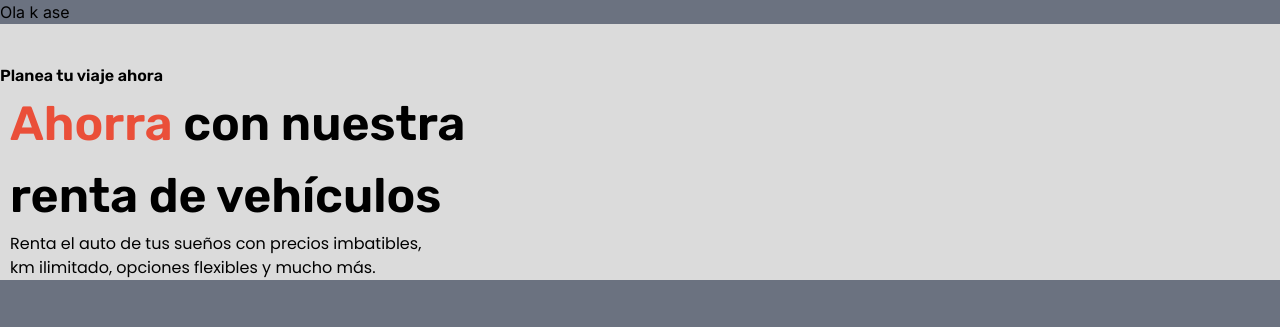
Repository: aldovelacasas/PF_RentCar2
Page: /homePage
The author's editor kept a copy of each file at every save. The page is drawn from the files as they stood at one save, then again after the next save.
The browser window is 1280 px wide. The pictures show the whole page.
The project was rebuilt for these pictures with package versions that can differ from the ones it lists, and the page was loaded fresh each time. The framework's server and built-in components were replaced by stand-ins that run in the browser. Also part of the build but not shown: next.config.js.

Above is the page before, as saved 2023-08-29 19:03:49.

### src/app/layout.jsx
import "./globals.css";
import { Inter } from "next/font/google";

const inter = Inter({ subsets: ["latin"] });

export const metadata = {
  title: "Create Next App",
  description: "Generated by create next app",
};

export default function RootLayout({ children }) {
  return (
    <html lang="en">
      <body className={inter.className}>
        <h1>Ola k ase</h1>
        <div className="h-[calc(100vh-5rem)]">{children}</div>
      </body>
    </html>
  );
}

### src/app/homePage/page.jsx
import { Rubik, Poppins } from "next/font/google";

const fontRubik = Rubik({
  weight: "600",
  subsets: ["latin"],
});

const fontPoppins = Poppins({
  weight: "400",
  subsets: ["latin"],
});
const poppins = fontPoppins.className;
const rubik = fontRubik.className;

function HomePage() {
  return (
    <div className={`bg-gris_fondo ${rubik} space-y-0 space-x-2.5`}>
      <p className={`${rubik} pt-10 space-x-2.5`}>Planea tu viaje ahora</p>
      <p className="text-[3em] mb-0 pb-0">
        <span className="text-naranja_enf mb-0 pb-0">Ahorra </span>
        con nuestra
      </p>
      <p className="text-[3em] mt-0 pt-0">renta de vehículos</p>
      <div>
        <p className={`${poppins}`}>
          Renta el auto de tus sueños con precios imbatibles,
        </p>
        <p className={`${poppins}`}>
          km ilimitado, opciones flexibles y mucho más.
        </p>
      </div>
    </div>
  );
}

export default HomePage;

### src/app/globals.css
@tailwind base;
@tailwind components;
@tailwind utilities;

body {
   @apply bg-gray-500; /* Fondo más claro */
   color: gray-800; /* Texto oscuro */
}

### tailwind.config.js
/** @type {import('tailwindcss').Config} */
module.exports = {
  content: [
    "./src/pages/**/*.{js,ts,jsx,tsx,mdx}",
    "./src/components/**/*.{js,ts,jsx,tsx,mdx}",
    "./src/app/**/*.{js,ts,jsx,tsx,mdx}",
  ],
  theme: {
    extend: {
      backgroundImage: {
        "gradient-radial": "radial-gradient(var(--tw-gradient-stops))",
        "gradient-conic":
          "conic-gradient(from 180deg at 50% 50%, var(--tw-gradient-stops))",
      },
      colors: {
        gris_fondo: "#dbdbdb",
        gris_frente: "#e9e9e9",
        negro_fondo: "#282828",
        naranja_enf: "#ea4f39",
        rojo_status: "#e30613",
        verde_status: "#4aaf4d",
        amarillo_status: "#f0e400",
      },
    },
  },
  plugins: [],
};

After the next save:
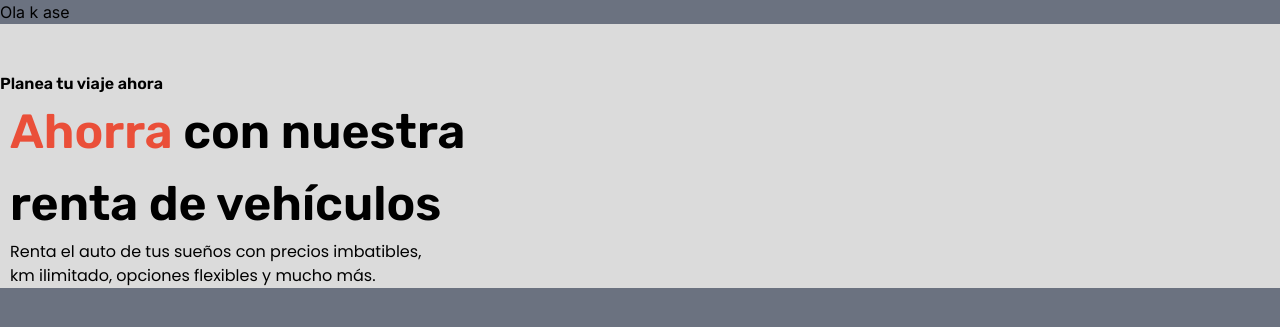
Saved 10 s later.
--- a/src/app/homePage/page.jsx
+++ b/src/app/homePage/page.jsx
@@ -15,7 +15,7 @@ const rubik = fontRubik.className;
 function HomePage() {
   return (
     <div className={`bg-gris_fondo ${rubik} space-y-0 space-x-2.5`}>
-      <p className={`${rubik} pt-10 space-x-2.5`}>Planea tu viaje ahora</p>
+      <p className={`${rubik} pt-12 space-x-2.5`}>Planea tu viaje ahora</p>
       <p className="text-[3em] mb-0 pb-0">
         <span className="text-naranja_enf mb-0 pb-0">Ahorra </span>
         con nuestra
